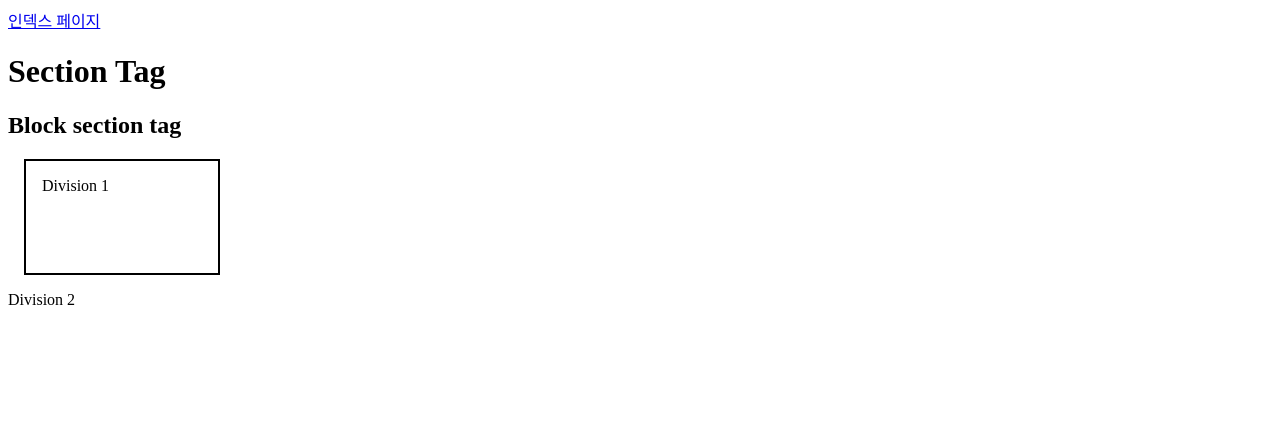
Repository: Sid0130/HTML
Page: lab-web/lab01_html/src/main/webapp/section.html
An editor plug-in stored every save of this project. The page is shown before and after the next save, followed by the edit.
The browser window is 1280 px wide. The pictures show the whole page.

Above is the page before, as saved 2024-12-03 02:20:00.

### lab-web/lab01_html/src/main/webapp/section.html
<!DOCTYPE html>
<html>
    <head>
        <meta charset="UTF-8">
        <title>lab01</title>
    </head>
        <body>

            <a href="index.html">인덱스 페이지</a>

            <h1>Section Tag</h1>

            <!--위에서 아래로 적혀지는게 블록요소 -->
            <h2>Block section tag</h2>
            <div style="border: 2px solid black; margin: 16px; padding: 16px; width: 160px; height: 80px;">Division 1</div>
            <div>Division 2</div>
        </body>
</html>

After the next save:
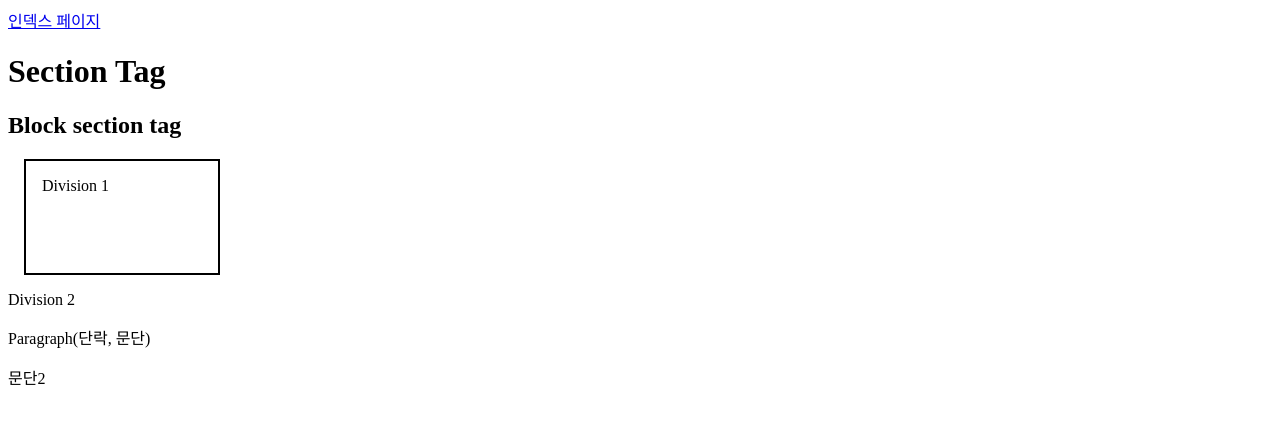
Saved 22 min 27 s later.
--- a/lab-web/lab01_html/src/main/webapp/section.html
+++ b/lab-web/lab01_html/src/main/webapp/section.html
@@ -14,5 +14,9 @@
             <h2>Block section tag</h2>
             <div style="border: 2px solid black; margin: 16px; padding: 16px; width: 160px; height: 80px;">Division 1</div>
             <div>Division 2</div>
+            <div>
+                <p>Paragraph(단락, 문단)</p>
+                 <p>문단2</p>
+            </div>
         </body>
 </html>
